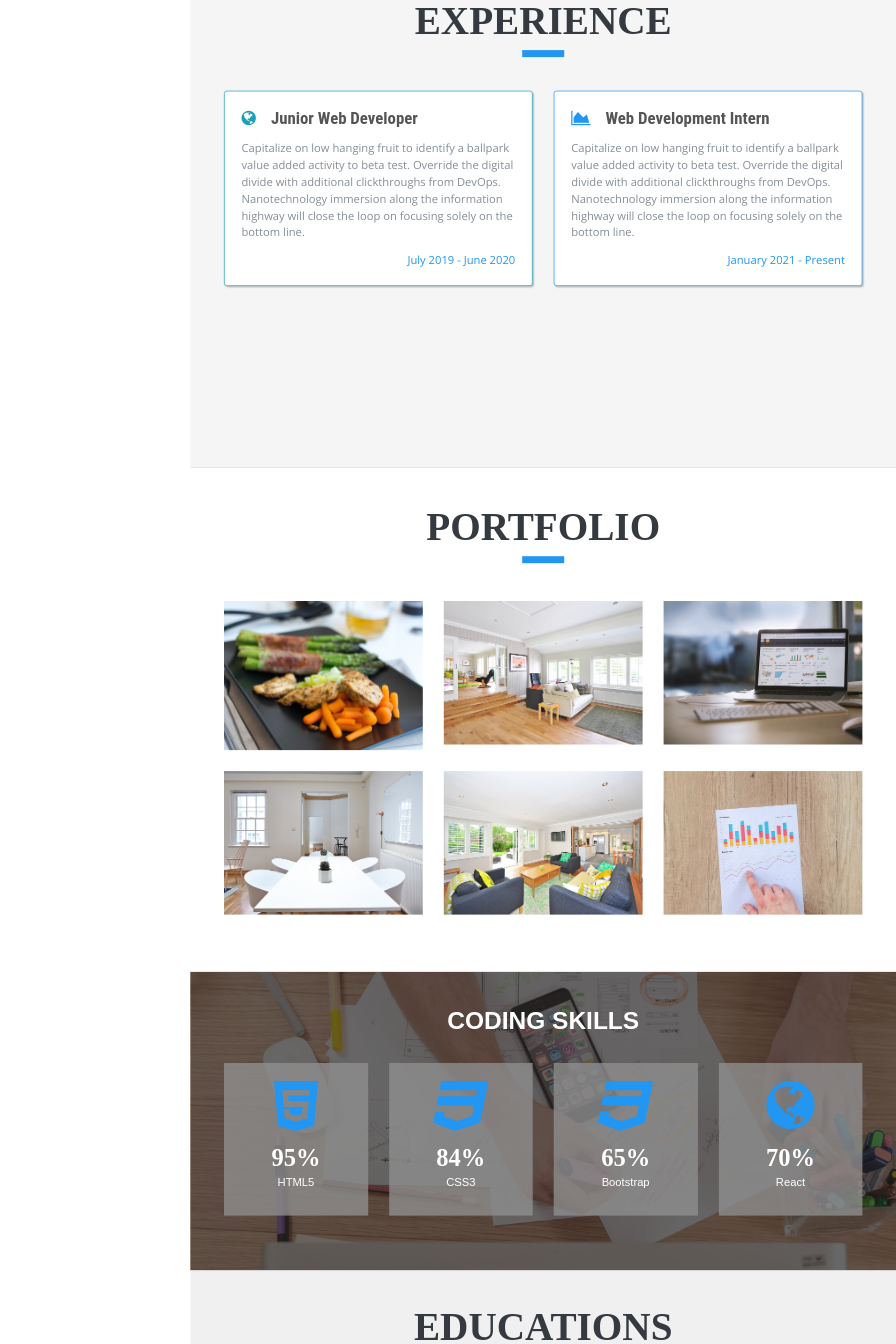
Repository: smit1298/portfolio
Page: index.html
An editor plug-in stored every save of this project. The page is shown before and after the next save, followed by the edit.
The browser window is 1280 px wide. The pictures show the part of the page from y = 772 to 2692 px (the page is 4794 px tall), at 70% of full size.
Some web fonts or font styles are not loaded; a fallback is used.

Above is the page before, as saved 2021-06-28 15:14:54.

After the next save:
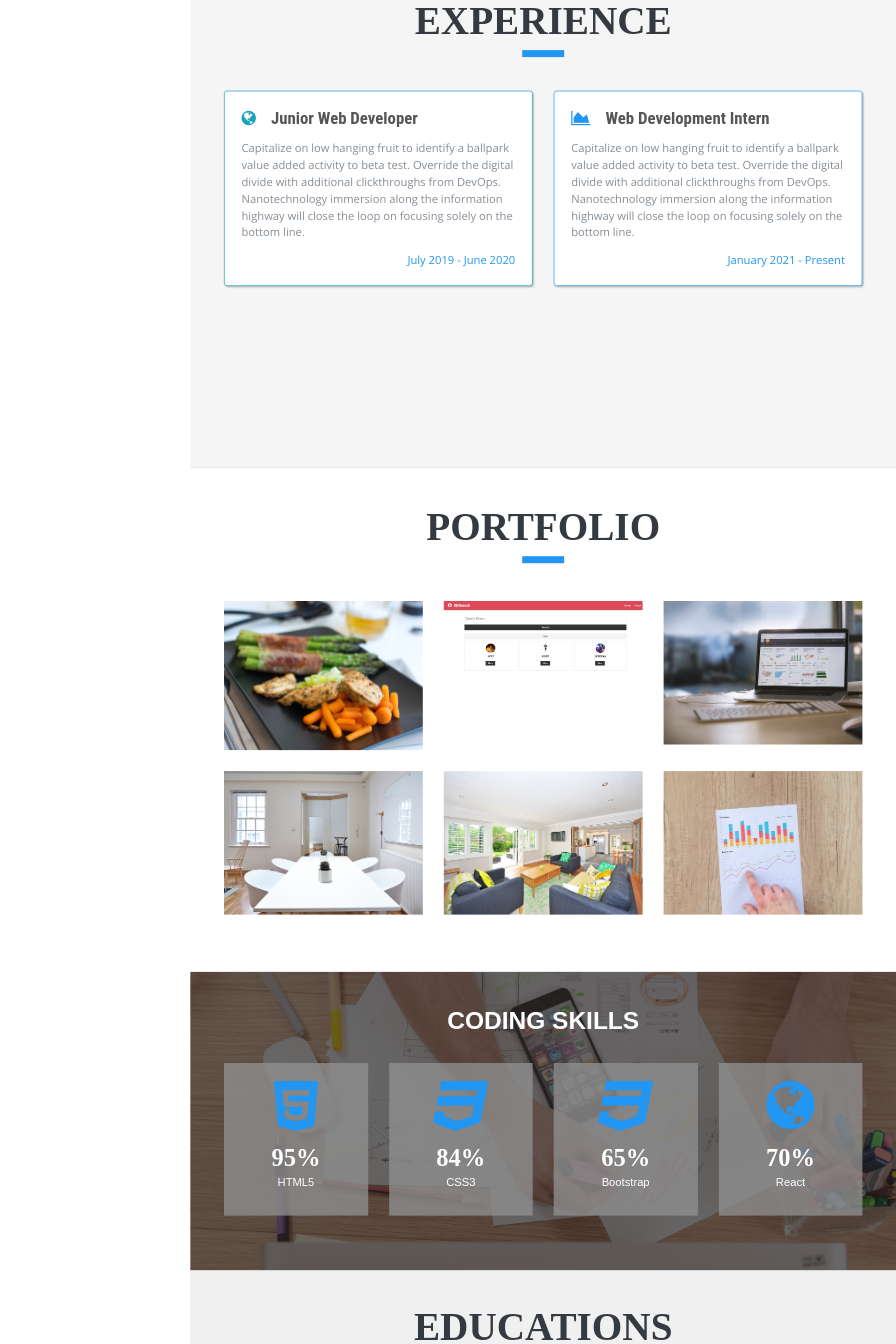
Saved 9 s later.
--- a/index.html
+++ b/index.html
@@ -268,7 +268,7 @@
                   <i class="fa fa-search-plus fa-3x"></i>
                 </div>
               </div>
-              <img class="img-fluid" src="img/portfolio/p-5.jpg" alt="" />
+              <img class="img-fluid" src="img/portfolio/git.jpg" alt="" />
             </a>
           </div>
 
